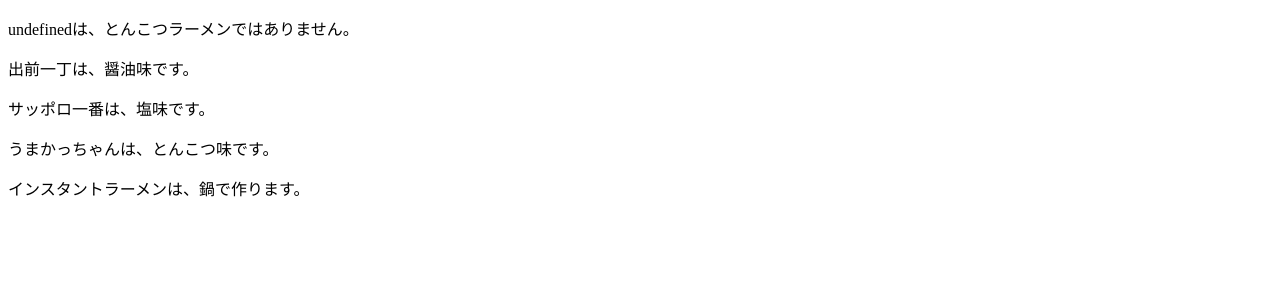
Repository: matsuryu0325/18_JS_practise
Page: 0422/ramen2.html
An editor plug-in stored every save of this project. The page is shown before and after the next save, followed by the edit.
The browser window is 1280 px wide. The pictures show the whole page.

Above is the page before, as saved 2024-04-22 10:55:27.

### 0422/ramen2.html
<!DOCTYPE html>
<html lang="ja">

<head>
    <meta charset="UTF-8">
    <meta name="viewport" content="width=device-width, initial-scale=1.0">
    <title>インスタントラーメン</title>
</head>

<body>
    <p id="result"></p>

    <script>
        const demaeicchou = {
            name: "出前一丁",
            soup: "醤油",
            //メソッド
            preview: function () {
                const area = document.querySelector("#result");
                area.innerHTML = `${this.name}は、${this.soup}ラーメンです。`;
            },
        };
        demaeicchou.preview();

        demaeicchou.soup = "とんこつ";
        demaeicchou.preview = function () {
            const area = document.querySelector("#result");
            area.innerHTML = `${this.name}は、${this.soup}ラーメンではありません。`;
        };

        //出前一丁を消す
        delete demaeicchou.name;

        //メソッドの再実行
        demaeicchou.preview();


        class InstantNoodle {
            //静的プロパティ 　慣例静的プロパティは、大文字で宣言する。
            static TYPE = "インスタントラーメン"





            //静的メゾット
            static making() {
                return `<p>${InstantNoodle.TYPE}は、鍋で作ります。</p>`
            }
            //オブジェクトではなく、テンプレートリテラルでは`${変数・値}`をそのまま入れることができる。




            //処理などを書く
            //コンストラクタ（構造）
            constructor(ramen, taste) {
                this.name = ramen;
                this.soup = taste;
            }
            descript() {
                return `<p>${this.name}は、${this.soup}味です。</p>`;
            }
        }



        /* //インスタンス化
        const soltRamen = new InstantNoodle("サッポロ一番", "塩");
        console.log(soltRamen);//オブジェクト
        console.log(soltRamen.name + "は、" + soltRamen.taste + "味");

        const demaeicchouN = new InstantNoodle("出前一丁", "醤油");
        console.log(demaeicchouN);//オブジェクト
        console.log(demaeicchouN.name + "は、" + demaeicchouN.soup + "味");


        //メソッドを作って、呼び出す
        console.log(soltRamen.descript(), demaeicchouN.descript());

        document.body.insertAdjacentHTML("beforeend", soltRamen.descript());
        document.body.insertAdjacentHTML("beforeend", demaeicchouN.descript()); */


        const ramens = [];
        ramens.push(new InstantNoodle("出前一丁", "醤油"));
        ramens.push(new InstantNoodle("サッポロ一番", "塩"));
        ramens.push(new InstantNoodle("うまかっちゃん", "とんこつ"));
        console.log(ramens);//オブジェクトの配列

        //ramenの中にramensの要素（値）が入る
        ramens.forEach((ramen) => {
            //Lengthを書かなくても、要素の数だけ回る
            document.body.insertAdjacentHTML("beforeend", ramen.descript());
        });

        document.body.insertAdjacentHTML("beforeend", InstantNoodle.making());
        console.log(InstantNoodle.TYPE);

        //サブクラス InstantNoodleを継承したMakerクラス
        class Maker extends InstantNoodle {
            //InstantNoodleでは、引数が2つだったが、Makerでは3つ
            constructor(ramen, taste, company) {
                //super classから継承します。
                super(ramen, taste);
                this.maker = company;
            }
            makerDescript() {
                return `<p>販売元は、${this.maker}です。</p>`;
            }
        }

        //サブクラスのインスタンス化
        const maker = new Maker("マルちゃん正麺", "しょうゆ", "東洋水産");



    </script>

</body>

</html>

After the next save:
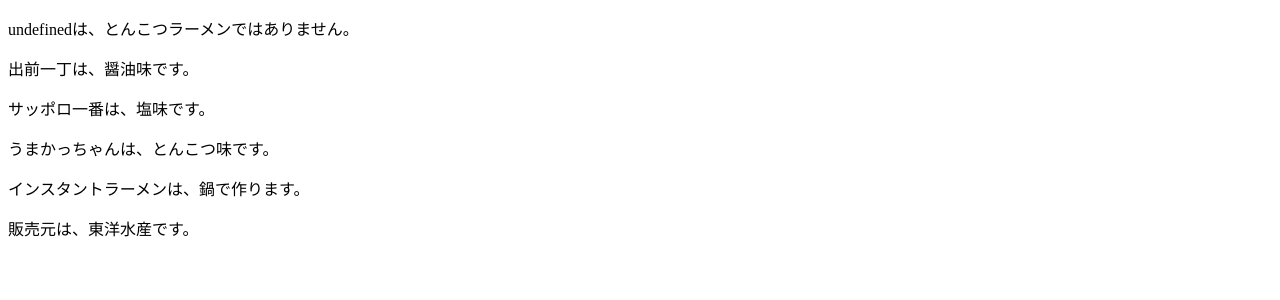
Saved 24 s later.
--- a/0422/ramen2.html
+++ b/0422/ramen2.html
@@ -113,6 +113,9 @@
         //サブクラスのインスタンス化
         const maker = new Maker("マルちゃん正麺", "しょうゆ", "東洋水産");
 
+        //サブクラスのメソッド
+        document.body.insertAdjacentHTML("beforeend", maker.makerDescript());
+
 
 
     </script>
